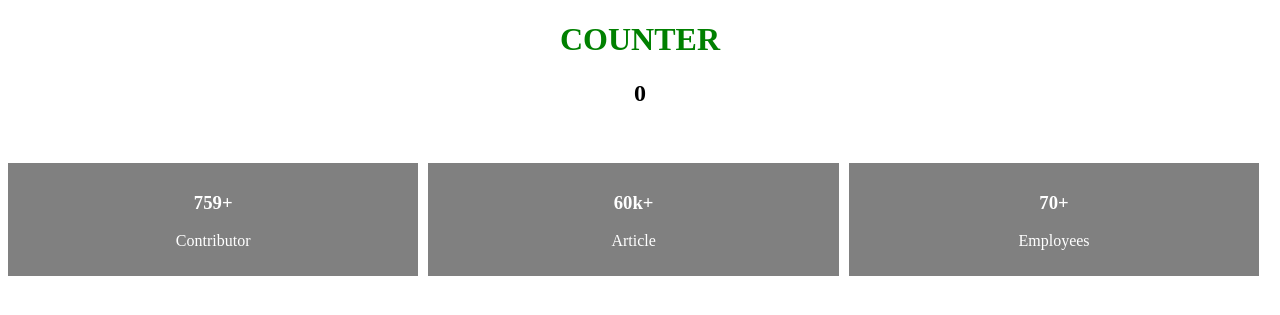
Repository: Seryozha02/Calculator
Page: calculator.html
These files come from the project's save history. The page is drawn as it stood at one moment and after the next save; the edit follows.
The browser window is 1280 px wide. The pictures show the whole page.

Above is the page before, as saved 2022-02-14 16:55:09.

### calculator.html
<!DOCTYPE html>
<html lang="en">

<head>
    <meta charset="UTF-8">
    <meta http-equiv="X-UA-Compatible" content="IE=edge">
    <meta name="viewport" content="width=4, initial-scale=1.0">
    <link rel="stylesheet" href="./calculator.css">
    <title>Calculator</title>
</head>

<body>
    <h1>COUNTER</h1>
    <strong><h2>0</h2></strong>
    <br><br>
    <div class="row">
        <div class="column">
            <div class="card">


                <p><i class="fa fa-user"></i></p>


                <h3>759+</h3>


                <p>Contributor</p>


            </div>
        </div>
        <div class="column">
            <div class="card">


                <p><i class="fa fa-book"></i></p>


                <h3>60k+</h3>


                <p>Article</p>


            </div>
        </div>
        <div class="column">
            <div class="card">
                <p><i class="fa fa-smile-o"></i></p>


                <h3>70+</h3>


                <p>Employees</p>


            </div>
        </div>
    </div>
</body>
<script src="./calculator.js"></script>
</body>

</html>

### calculator.css
h1 {
    color: green;
}

* {
    box-sizing: border-box;
}

body {
    text-align: center;
}

/* Float columns */
.column {
    float: left;
    width: 33%;
    padding: 0 5px;
}

.row {
    margin: 0 -5px;
}

.row:after {
    content: "";
    display: table;
}

/* Style the cards */
.card {
    padding: 10px;
    text-align: center;
    background-color: gray;
    color: white;
    }

.card:hover {
    transform: scale(1.1);
    background-color: black;
    transition-duration: 2s;
    color: white;
}

.fa {
    font-size: 50px;
}

Loaded but not shown: calculator.js (no copy from this time; the picture is the same without it)

After the next save:
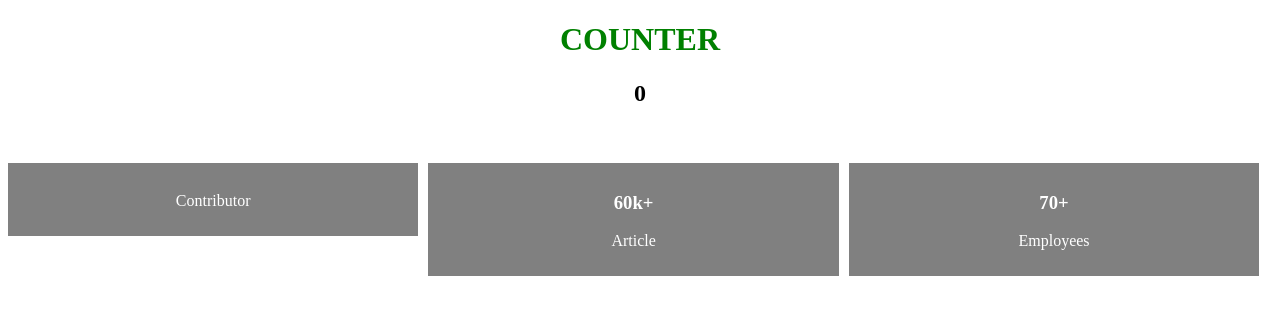
Saved 28 s later.
--- a/calculator.html
+++ b/calculator.html
@@ -21,7 +21,7 @@
                 <p><i class="fa fa-user"></i></p>
 
 
-                <h3>759+</h3>
+                <h3></h3>
 
 
                 <p>Contributor</p>
